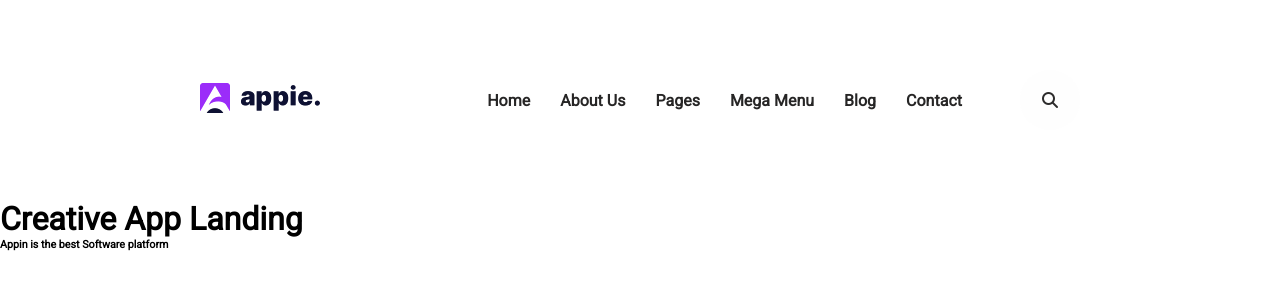
Repository: northpx/landingpage
Page: index.html
The author's editor kept a copy of each file at every save. The page is drawn from the files as they stood at one save, then again after a run of saves.
The browser window is 1280 px wide. The pictures show the whole page.

Above is the page before, as saved 2022-12-26 09:43:50.

After the next 5 saves:
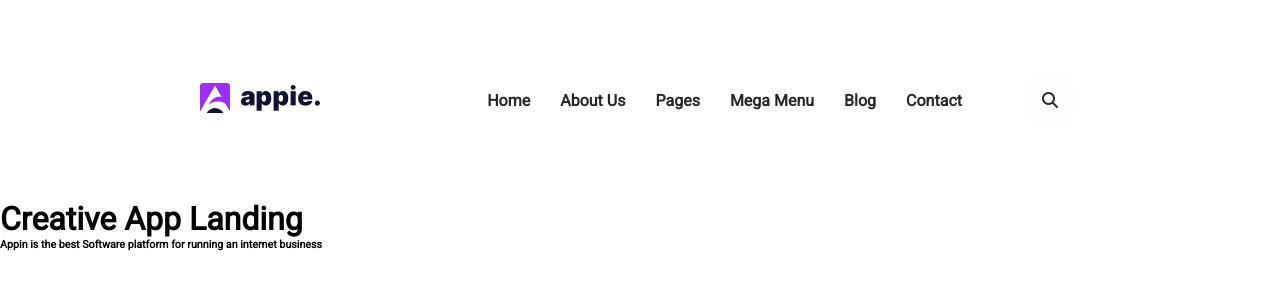
The 5 saves are shown as one change because they came seconds apart.
The last was saved 16 s later.
--- a/index.html
+++ b/index.html
@@ -39,7 +39,7 @@
         <div class="header">
             <div class="header_content">
                 <h1>Creative App Landing</h1>
-                <h6>Appin is the best Software platform </h6>
+                <h6>Appin is the best Software platform for running an internet business</h6>
             </div>
         </div>
     </div>
